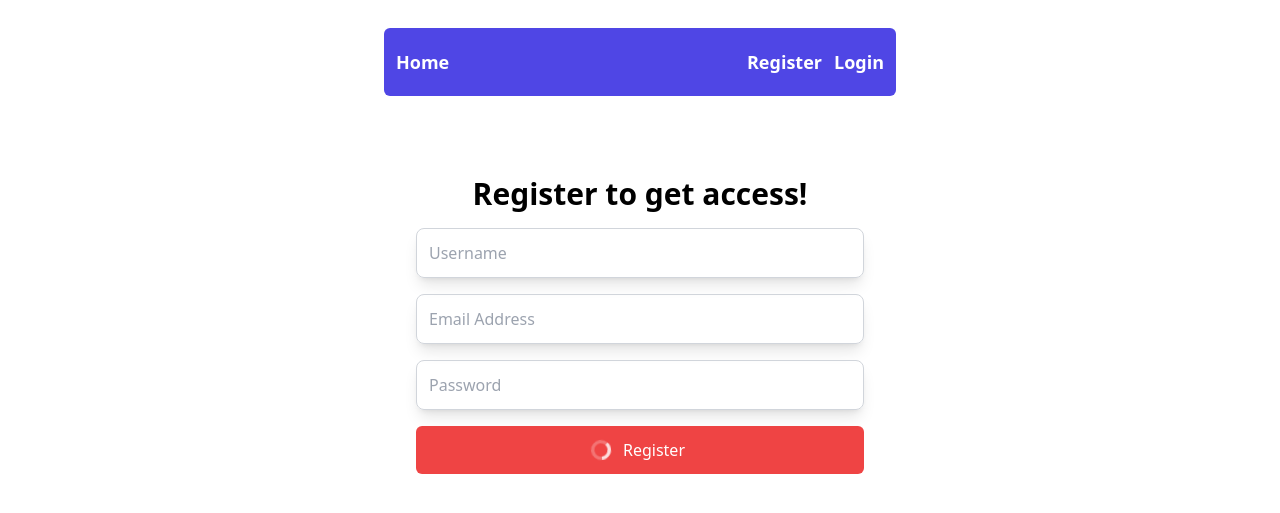
Repository: SolomDev00/TodoApp
Page: /register
These files come from the project's save history. The page is drawn as it stood at one moment and after the next save; the edit follows.
The browser window is 1280 px wide. The pictures show the whole page.
The project was rebuilt for these pictures with package versions that can differ from the ones it lists, and the page was loaded fresh each time. Also part of the build but not shown: vite.config.ts, src/components/auth/ProtectedRoute.tsx, src/pages/PageNotFound.tsx, src/components/errors/ErrorHandler.tsx, src/components/TodoList.tsx, src/pages/index.tsx, src/pages/Login.tsx, src/components/InputErrorMessage.tsx.

Above is the page before, as saved 2023-12-02 12:30:39.

After the next save:
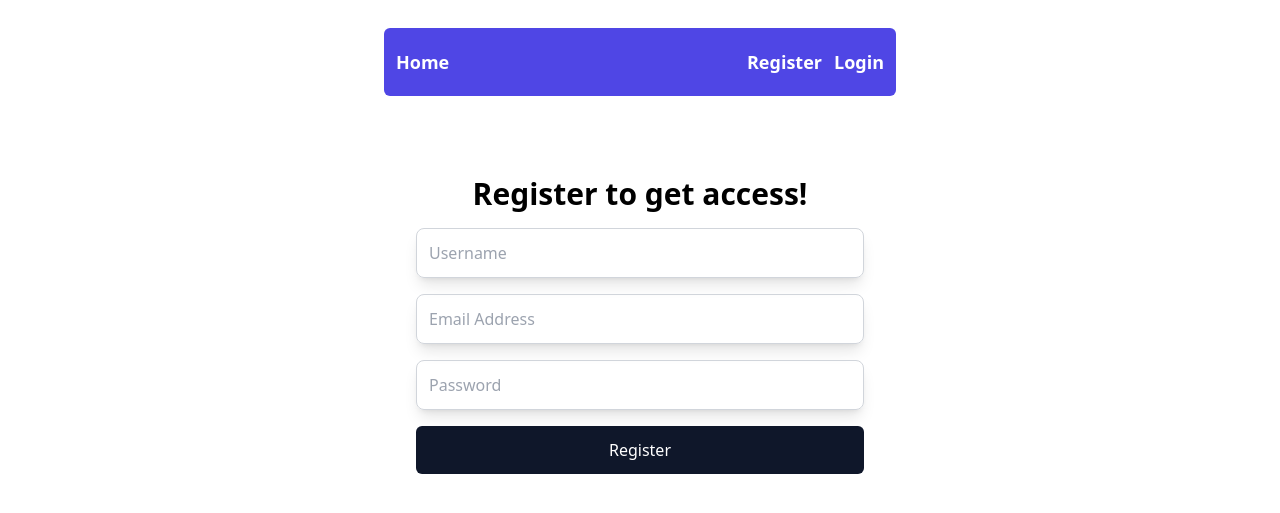
Saved 79 s later.
--- a/src/pages/Register.tsx
+++ b/src/pages/Register.tsx
@@ -67,7 +67,7 @@ const RegisterPage = () => {
       </h2>
       <form className="space-y-4" onSubmit={handleSubmit(onSubmit)}>
         {renderRegisterForm}
-        <Button fullWidth isLoading={true}>
+        <Button fullWidth isLoading={isLoading}>
           {isLoading ? "Loading ..." : "Register"}
         </Button>
       </form>
